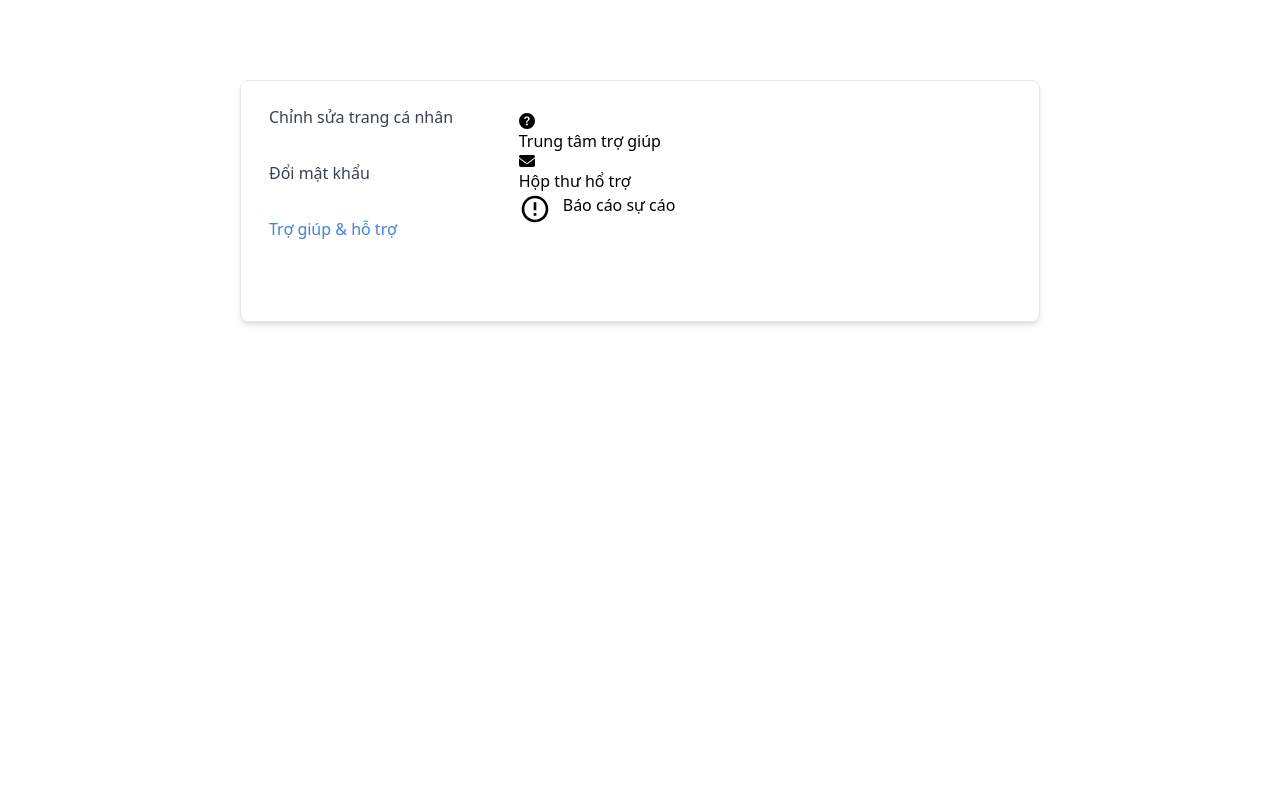
Repository: DangNgocDuong250903/2425_CS445AC_NHOM1
Page: /help (app in social_fe/)
The author's editor kept a copy of each file at every save. The page is drawn from the files as they stood at one save, then again after a run of saves.
The browser window is 1280 px wide. The pictures show the whole page.
The project was rebuilt for these pictures with package versions that can differ from the ones it lists, and the page was loaded fresh each time. Also part of the build but not shown: social_fe/vite.config.js, social_fe/src/components/Button/index.jsx, social_fe/src/assets/index.js, social_fe/src/components/FriendCard/index.jsx, social_fe/src/components/Loading/index.jsx, social_fe/src/components/PostCard/index.jsx, social_fe/src/components/ProfileCard/index.jsx, social_fe/src/components/TextInput/index.jsx and 10 more.

Above is the page before, as saved 2024-11-05 21:21:00.

### social_fe/index.html
<!DOCTYPE html>
<html lang="en">
  <head>
    <meta charset="UTF-8" />
    <link rel="icon" type="image/svg+xml" href="/public/logo.svg" />
    <meta name="viewport" content="width=device-width, initial-scale=1.0" />
    <title>LinkVerse</title>
  </head>
  <body>
    <div id="root"></div>
    <script type="module" src="/src/main.jsx"></script>
  </body>
</html>

### social_fe/src/main.jsx
import { StrictMode } from "react";
import { createRoot } from "react-dom/client";
import App from "./App.jsx";
import "./index.css";
import { store } from "./redux/store.js";
import { Provider } from "react-redux";
import { BrowserRouter } from "react-router-dom";

createRoot(document.getElementById("root")).render(
  <StrictMode>
    <Provider store={store}>
      <BrowserRouter>
        <App />
      </BrowserRouter>
    </Provider>
  </StrictMode>,
);

### social_fe/src/App.jsx
import { Outlet, Navigate, Route, Routes, useLocation } from "react-router-dom";
import {
  Home,
  Profile,
  Register,
  Login,
  ResetPassword,
  NotFound,
} from "./pages";
import { useSelector } from "react-redux";
import UpdateUser from "./pages/ProfilePage/updateUser";
import ChangePassword from "./pages/ProfilePage/ChangePassword";
import Help from "./pages/ProfilePage/Help";

const Layout = () => {
  const { user } = useSelector((state) => state.user);
  const location = useLocation();

  return user?.token ? (
    <Outlet />
  ) : (
    <Navigate to="/login" state={{ from: location }} replace />
  );
};

function App() {
  const { theme } = useSelector((state) => state.theme);

  return (
    <div data-theme={theme} className="w-full min-h-[100vh]">
      <Routes>
        <Route element={<Layout />}>
          <Route path="/" element={<Home />} />
          <Route path="/profile" element={<Profile />} />
          <Route path="/update_user" element={<UpdateUser />} />
          <Route path="/changepassword" element={<ChangePassword />} />
          <Route path="/help" element={<Help />} />





        </Route>

        <Route path="/register" element={<Register />} />
        <Route path="/login" element={<Login />} />
        <Route path="/reset-password" element={<ResetPassword />} />
        <Route path="*" element={<NotFound />} />
      </Routes>
    </div>
  );
}

export default App;

### social_fe/src/index.css
@tailwind base;
@tailwind components;
@tailwind utilities;

::-webkit-scrollbar {
    display: none;
     -ms-overflow-style: none;  /* IE and Edge */
    scrollbar-width: none;
  }

  .topbar{
  position: sticky;
  top: 0px;
  z-index: 49;
  }


  .dots-container {
    display: flex;
    align-items: center;
    justify-content: center;
    height: 100%;
    width: 100%;
    margin-bottom: 5px;
  }

  .dot {
    height: 12px;
    width: 12px;
    margin-right: 10px;
    border-radius: 10px;
    background-color: #fff;
    animation: pulse 1.5s infinite ease-in-out;
  }

  .dot:last-child {
    margin-right: 0;
  }

  .dot:nth-child(1) {
    animation-delay: -0.3s;
  }

  .dot:nth-child(2) {
    animation-delay: -0.1s;
  }

  .dot:nth-child(3) {
    animation-delay: 0.1s;
  }

  @keyframes pulse {
    0% {
      transform: scale(0.8);
      background-color: #b3d4fc;
      box-shadow: 0 0 0 0 rgba(178, 212, 252, 0.7);
    }

    50% {
      transform: scale(1.2);
      background-color: #4b79e4;
      box-shadow: 0 0 0 10px rgba(178, 212, 252, 0);
    }

    100% {
      transform: scale(0.8);
      background-color: #2584f8;
      box-shadow: 0 0 0 0 rgba(178, 212, 252, 0.7);
    }
  }

  @layer base {
    :root {
      --color-bg: 227 227 227;
      --color-primary: 255 255 255;
      --color-secondary:255 255 255;
      --color-ascent1: 0 0 0;
      --color-ascent2: 89 91 100;
      --color-blue: 6 90 216;
      --color-white: 255 255 255;

    }
    /* //15 23 42  21 30 49*/
    [data-theme="dark"] {
       --color-bg: 12 12 12;
       --color-primary: 31 31 31;
      --color-secondary: 47 45 48;
      --color-ascent1: 255 255 255;
      --color-ascent2: 164 161 162;
      --color-blue: 6 90 216;
      /* //16 176 255; */
      --color-white: 255 255 255;
    }
  }

### social_fe/src/redux/store.js
import { configureStore } from "@reduxjs/toolkit";

import { rootReducer } from "./reducer";

const store = configureStore({
  reducer: rootReducer,
});

const { dispatch } = store;

export { store, dispatch };

### social_fe/src/pages/index.js
import Home from "./HomePage";
import Login from "./LoginPage";
import NotFound from "./NotFoundPage";
import Profile from "./ProfilePage";
import Register from "./RegisterPage";
import ResetPassword from "./ResetPasswordPage";

export { Home, Login, NotFound, Profile, Register, ResetPassword };

### social_fe/src/pages/ProfilePage/Help.jsx
import React, { useState } from 'react';
import { useNavigate, Link } from 'react-router-dom';
import { MdOutlineErrorOutline } from "react-icons/md";
import { FaEnvelope } from "react-icons/fa6";
import { BsFillQuestionCircleFill } from "react-icons/bs";

const Help = () => {
    const [selectedLink, setSelectedLink] = useState(3);
    const navigate = useNavigate()
    const handleLinkClick = (linkIndex) => {
        setSelectedLink(linkIndex);
    };
    return (
        <div className="flex w-[800px] mx-auto mt-20 pb-10 border border-gray-200 shadow-md rounded-lg">
            <div className="w-1/3 p-4 bg-white rounded-md ">
                <ul className="flex flex-col ">

                    <Link
                        to="/update_user"
                        onClick={() => handleLinkClick(1)}
                        className={`mb-4 font-medium hover:bg-gray-200 px-3 py-2 rounded-lg  ${selectedLink === 1 ? 'text-blue-500' : 'text-gray-700'}`}
                    >
                        Chỉnh sửa trang cá nhân
                    </Link>


                    <Link
                        to="/changepassword"
                        onClick={() => handleLinkClick(2)}
                        className={`mb-4 font-medium hover:bg-gray-200 px-3 py-2 rounded-lg ${selectedLink === 2 ? 'text-blue-500' : 'text-gray-700'}`}
                    >
                        Đổi mật khẩu
                    </Link>

                    <Link

                        onClick={() => handleLinkClick(3)}
                        className={`mb-4 font-medium hover:bg-gray-200 px-3 py-2 rounded-lg ${selectedLink === 3 ? 'text-blue-500' : 'text-gray-700'}`}
                    >
                        Trợ giúp & hỗ trợ
                    </Link>
                </ul>
            </div>
            <div className="w-3/4 p-8 ">
                <div>
                    <BsFillQuestionCircleFill />

                    <p>Trung tâm trợ giúp</p>
                </div>
                <div>
                    <FaEnvelope />


                    <p>Hộp thư hổ trợ</p>
                </div>
                <div className='flex gap-3'>
                    <MdOutlineErrorOutline className='items-end justify-center w-8 h-8' />
                    <p>Báo cáo sự cáo</p>
                </div>

            </div>
        </div>
    );
};

export default Help;

### social_fe/src/redux/reducer.js
import { combineReducers } from "@reduxjs/toolkit";

import postSlice from "./Slices/postSlice";
import themeSlice from "./Slices/theme";
import userSlice from "./Slices/userSlice";

const rootReducer = combineReducers({
  user: userSlice,
  theme: themeSlice,
  posts: postSlice,
});

export { rootReducer };

### social_fe/src/redux/Slices/postSlice.js
import { createSlice } from "@reduxjs/toolkit";

const initialState = {
  posts: {},
};

const postSlice = createSlice({
  name: "post",
  initialState,
  reducers: {
    getPosts(state, action) {
      state.posts = action.payload;
    },
  },
});

export default postSlice.reducer;

export function SetPosts(post) {
  return (dispatch) => {
    dispatch(postSlice.actions.getPosts(post));
  };
}

### social_fe/src/redux/Slices/theme.js
import { createSlice } from "@reduxjs/toolkit";

const initialState = {
  theme: JSON.parse(window?.localStorage.getItem("theme")) ?? "dark",
};

const themeSlice = createSlice({
  name: "theme",
  initialState,
  reducers: {
    setTheme(state, action) {
      state.theme = action.payload;
      localStorage.setItem("theme", JSON.stringify(action.payload));
    },
  },
});

export default themeSlice.reducer;

export function SetTheme(value) {
  return (dispatch) => {
    dispatch(themeSlice.actions.setTheme(value));
  };
}

### social_fe/src/redux/Slices/userSlice.js
import { createSlice } from "@reduxjs/toolkit";

import { user } from "../../assets/data";

const initialState = {
  user: JSON.parse(window?.localStorage.getItem("user")) ?? user,
  edit: false,
};

const userSlice = createSlice({
  name: "user",
  initialState,
  reducers: {
    login(state, action) {
      state.user = action.payload;
      localStorage.setItem("user", JSON.stringify(action.payload));
    },
    logout(state) {
      state.user = null;
      localStorage?.removeItem("user");
    },
    updateProfile(state, action) {
      state.edit = action.payload;
    },
  },
});
export default userSlice.reducer;

export function UserLogin(user) {
  return (dispatch) => {
    dispatch(userSlice.actions.login(user));
  };
}

export function Logout() {
  return (dispatch) => {
    dispatch(userSlice.actions.logout());
  };
}

export function UpdateProfile(val) {
  return (dispatch) => {
    dispatch(userSlice.actions.updateProfile(val));
  };
}

### social_fe/tailwind.config.js
/** @type {import('tailwindcss').Config} */
export default {
  content: [
    "./index.html",
    "./src/**/*.{js,ts,jsx,tsx}",
  ],
  theme: {
    extend: {
      colors: {
        bgColor: "rgb(var(--color-bg) / <alpha-value>)",
        primary: "rgb(var(--color-primary) / <alpha-value>)",
        secondary: "rgb(var(--color-secondary) / <alpha-value>)",
        customBlue: "rgb(var(--color-blue) / <alpha-value>)",
        white: "rgb(var(--color-white) / <alpha-value>)",
        ascent: {
          1: "rgb(var(--colorgit-ascent1) / <alpha-value>)",
          2: "rgb(var(--color-ascent2) / <alpha-value>)",
        },
      },
      screens: {
        sm: "640px",

        md: "768px",

        lg: "1024px",

        xl: "1280px",

        "2xl": "1536px",
      },
      extend: {
      },
    },
    plugins: [],
  }
}

Loaded but not shown: social_fe/src/assets/data.js (508 lines, source omitted)

After the next 2 saves:
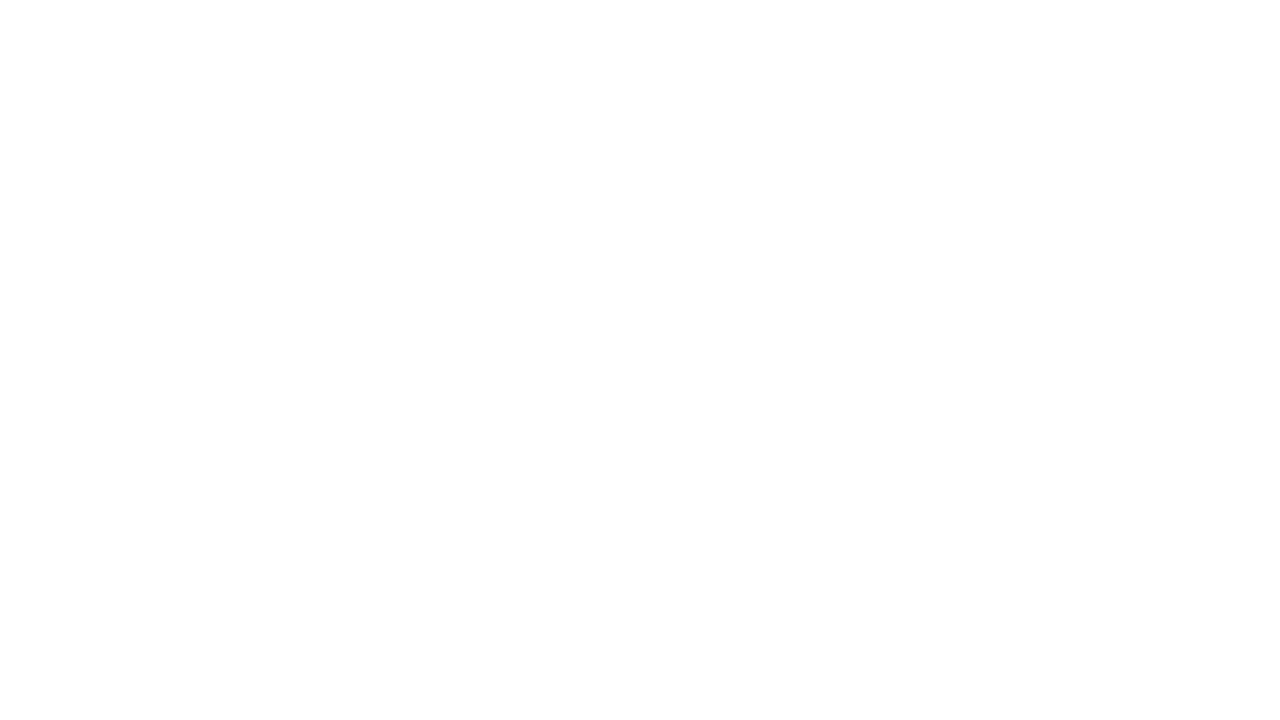
Console error: ReferenceError: MdOutlineErrorOutline is not defined
The 2 saves are shown as one change because they came seconds apart.
The last was saved 36 s later.
--- a/social_fe/src/pages/ProfilePage/Help.jsx
+++ b/social_fe/src/pages/ProfilePage/Help.jsx
@@ -1,6 +1,6 @@
 import React, { useState } from 'react';
 import { useNavigate, Link } from 'react-router-dom';
-import { MdOutlineErrorOutline } from "react-icons/md";
+import { MdOutlineError } from "react-icons/md";
 import { FaEnvelope } from "react-icons/fa6";
 import { BsFillQuestionCircleFill } from "react-icons/bs";
 

After the 3 saves that followed:
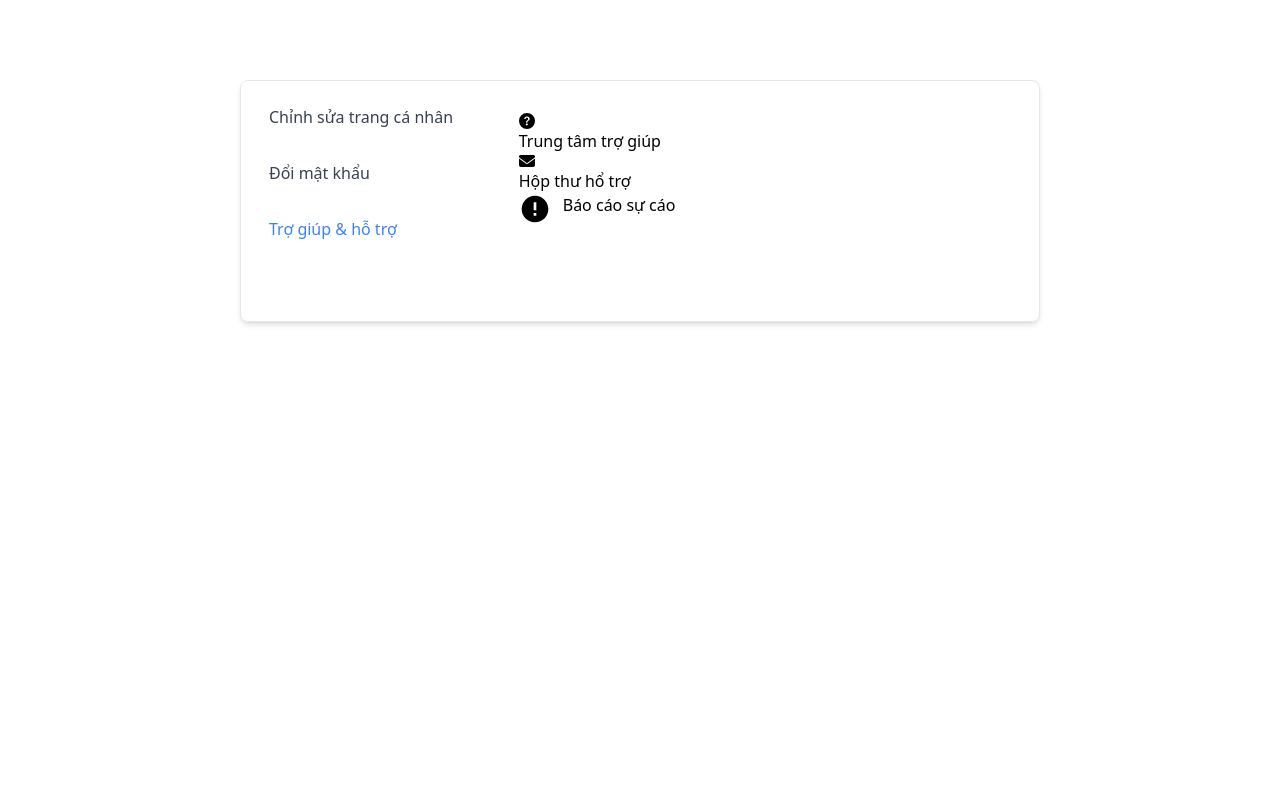
The error is gone.
The 3 saves are shown as one change because they came seconds apart.
The last was saved 14 s later.
--- a/social_fe/src/pages/ProfilePage/Help.jsx
+++ b/social_fe/src/pages/ProfilePage/Help.jsx
@@ -54,7 +54,7 @@ const Help = () => {
                     <p>Hộp thư hổ trợ</p>
                 </div>
                 <div className='flex gap-3'>
-                    <MdOutlineErrorOutline className='items-end justify-center w-8 h-8' />
+                    <MdOutlineError className='items-end justify-center w-8 h-8' />
                     <p>Báo cáo sự cáo</p>
                 </div>
 
